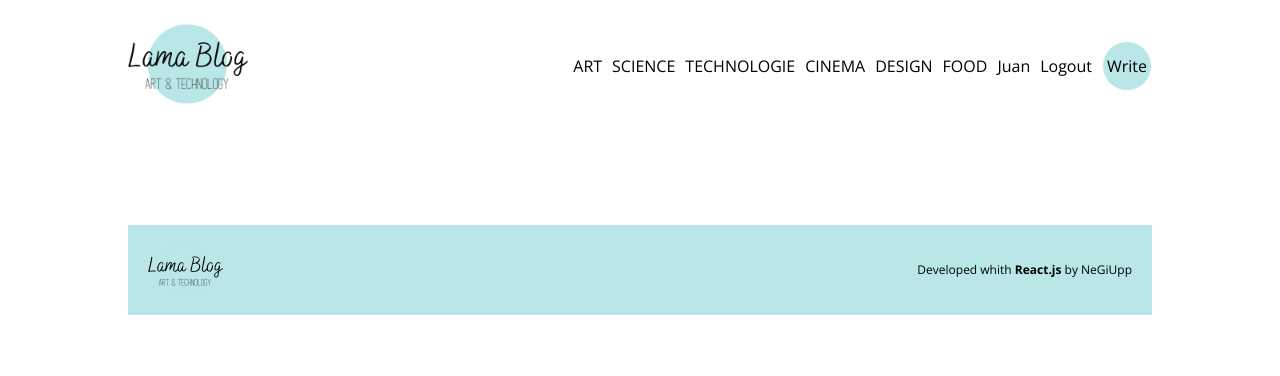
Repository: juansesu3/Blog-Full-Stack
Page: /post/1 (app in client/blog/)
The author's editor kept a copy of each file at every save. The page is drawn from the files as they stood at one save, then again after a run of saves.
The browser window is 1280 px wide. The pictures show the whole page.
The project was rebuilt for these pictures with package versions that can differ from the ones it lists, and the page was loaded fresh each time. Also part of the build but not shown: client/blog/vite.config.js, client/blog/src/pages/Register.jsx, client/blog/src/pages/Login.jsx, client/blog/src/pages/Write.jsx, client/blog/src/pages/Home.jsx.

Above is the page before, as saved 2023-04-18 16:29:09.

After the next 2 saves:
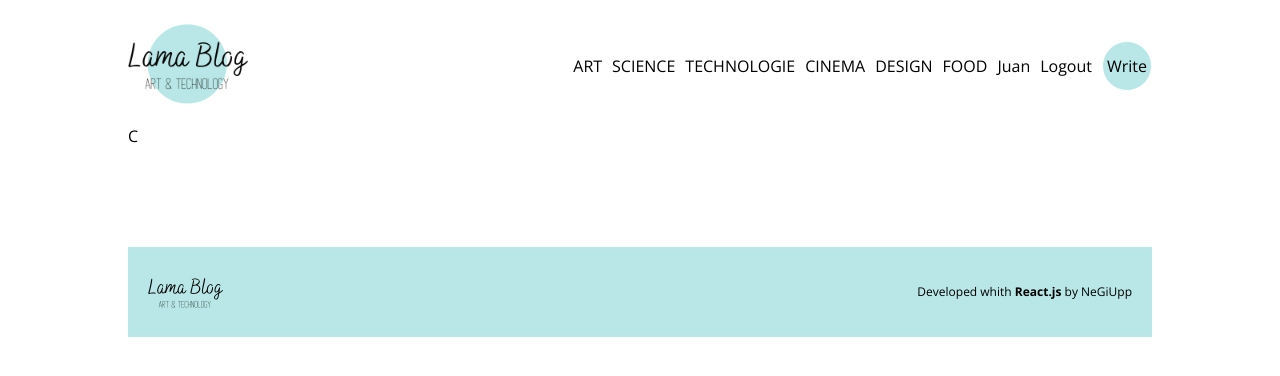
The 2 saves are shown as one change because they came seconds apart.
The last was saved 8 s later.
--- a/client/blog/src/pages/Single.jsx
+++ b/client/blog/src/pages/Single.jsx
@@ -3,7 +3,7 @@ import React from 'react'
 const Single = () => {
   return (
     <div className='single'>
-      <div className=''></div>
+      <div className='content'>C</div>
     </div>
   )
 }
